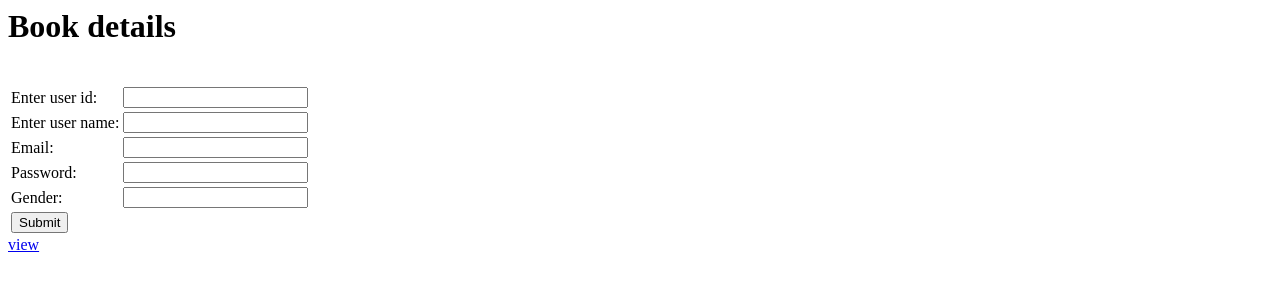
Repository: mukeshkn99/springboot
Page: http://localhost/08-UserManagement-App-1/views/login.jsp
An editor plug-in stored every save of this project. The page is shown before and after the next save, followed by the edit.
The browser window is 1280 px wide. The pictures show the whole page.
The page is served by Tomcat 9. Other server files are loaded and not shown.

Above is the page before, as saved 2022-06-19 15:10:49.

### 08-UserManagement-App-1/src/main/webapp/views/login.jsp
<Html>
<head>
<title>welcome</title>
</head>
<body>
<h1>Book details</h1>
<form action="adduser" method="post" modelAttribute="b">
<p>${success}</p>
<br/>
<table>

<tr>
 <td>Enter user id:</td>
 <td><input type="text" name="userid"></td>
 </tr>

 <tr>
 <td>Enter user name:</td>
 <td><input type="text" name="name"></td>
 </tr>

 <tr>
 <td>Email:</td>
 <td><input type="text" name="email"></td>
 </tr>

 <tr>
 <td>Password:</td>
 <td><input type="text" name="password"></td>
 </tr>

 <tr>
 <td>Gender:</td>
 <td><input type="text" name="gender"></td>
 </tr>
 <tr>
 <td>
 <input type="submit" name="register"></td>
 </tr>
 </table>
 <a href="viewbook">view</a>
 </form>
 </body>
 </html>

After the next save:
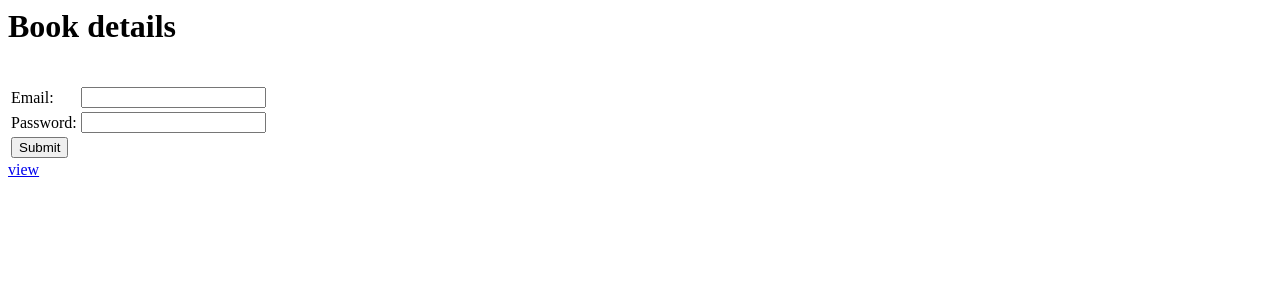
Saved 87 s later.
--- a/08-UserManagement-App-1/src/main/webapp/views/login.jsp
+++ b/08-UserManagement-App-1/src/main/webapp/views/login.jsp
@@ -4,20 +4,12 @@
 </head>
 <body>
 <h1>Book details</h1>
-<form action="adduser" method="post" modelAttribute="b">
+<form action="login" method="post" modelAttribute="b">
 <p>${success}</p>
 <br/>
 <table>
 
-<tr>
- <td>Enter user id:</td>
- <td><input type="text" name="userid"></td>
- </tr>
 
- <tr>
- <td>Enter user name:</td>
- <td><input type="text" name="name"></td>
- </tr>
 
  <tr>
  <td>Email:</td>
@@ -30,10 +22,6 @@
  </tr>
 
  <tr>
- <td>Gender:</td>
- <td><input type="text" name="gender"></td>
- </tr>
- <tr>
  <td>
  <input type="submit" name="register"></td>
  </tr>
